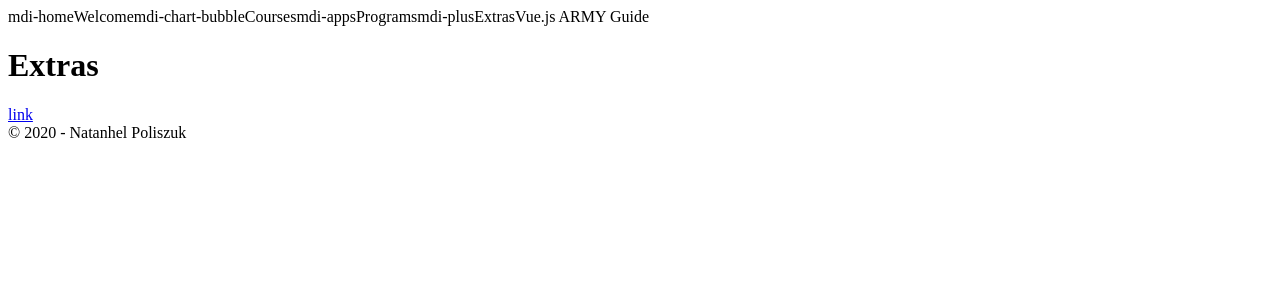
Repository: Natanhel/zvguide
Page: /Extras
An editor plug-in stored every save of this project. The page is shown before and after the next save, followed by the edit.
The browser window is 1280 px wide. The pictures show the whole page.
The project was rebuilt for these pictures with package versions that can differ from the ones it lists, and the page was loaded fresh each time. The framework's server and built-in components were replaced by stand-ins that run in the browser. Also part of the build but not shown: layouts/error.vue.

Above is the page before, as saved 2020-03-21 11:55:06.

### layouts/default.vue
<template>
  <v-app dark>
    <v-navigation-drawer
      v-model="drawer"
      :mini-variant="miniVariant"
      :clipped="clipped"
      fixed
      app
    >
      <v-list>
        <v-list-item
          v-for="(item, i) in items"
          :key="i"
          :to="item.to"
          router
          exact
        >
          <v-list-item-action>
            <v-icon>{{ item.icon }}</v-icon>
          </v-list-item-action>
          <v-list-item-content>
            <v-list-item-title v-text="item.title" />
          </v-list-item-content>
        </v-list-item>
      </v-list>
    </v-navigation-drawer>
    <v-app-bar
      :clipped-left="clipped"
      fixed
      app
    >
      <v-app-bar-nav-icon @click.stop="drawer = !drawer" />
      <!-- <v-btn
        icon
        @click.stop="miniVariant = !miniVariant"
      >
        <v-icon>mdi-{{ `chevron-${miniVariant ? 'right' : 'left'}` }}</v-icon>
      </v-btn>
      <v-btn
        icon
        @click.stop="clipped = !clipped"
      >
        <v-icon>mdi-application</v-icon>
      </v-btn>
      <v-btn
        icon
        @click.stop="fixed = !fixed"
      >
        <v-icon>mdi-minus</v-icon>
      </v-btn> -->
      <v-toolbar-title v-text="title" />
      <v-spacer />
      <!-- <v-btn
        icon
        @click.stop="rightDrawer = !rightDrawer"
      >
        <v-icon>mdi-menu</v-icon>
      </v-btn> -->
    </v-app-bar>
    <v-content>
      <v-container>
        <nuxt />
      </v-container>
    </v-content>
    <!-- <v-navigation-drawer
      v-model="rightDrawer"
      :right="right"
      temporary
      fixed
    >
      <v-list>
        <v-list-item @click.native="right = !right">
          <v-list-item-action>
            <v-icon light>
              mdi-repeat
            </v-icon>
          </v-list-item-action>
          <v-list-item-title>Switch drawer (click me)</v-list-item-title>
        </v-list-item>
      </v-list>
    </v-navigation-drawer> -->
    <v-footer
      :fixed="fixed"
      app
    >
      <span>&copy; {{ new Date().getFullYear() }} - Natanhel Poliszuk</span>
    </v-footer>
  </v-app>
</template>

<script>
export default {
  name: 'Default',
  data () {
    return {
      clipped: false,
      drawer: false,
      fixed: false,
      items: [
        {
          icon: 'mdi-home',
          title: 'Welcome',
          to: '/'
        },
        {
          icon: 'mdi-chart-bubble',
          title: 'Courses',
          to: '/courses'
        },
        {
          icon: 'mdi-apps',
          title: 'Programs',
          to: '/programs'
        },
        {
          icon: 'mdi-plus',
          title: 'Extras',
          to: '/extras'
        }
      ],
      miniVariant: false,
      right: false,
      rightDrawer: false,
      title: 'Vue.js ARMY Guide'
    }
  }
}
</script>

### pages/Extras.vue
<template>
  <div>
    <h1>Extras</h1>
    <v-card>
      <a v-for="link in links" :key="link" :href="link">link</a>
    </v-card>
  </div>
</template>

<script>
export default {
  data () {
    return {
      links: ['https://www.vuemastery.com/pdf/Vue-Essentials-Cheat-Sheet.pdf']
    }
  }
}
</script>

After the next save:
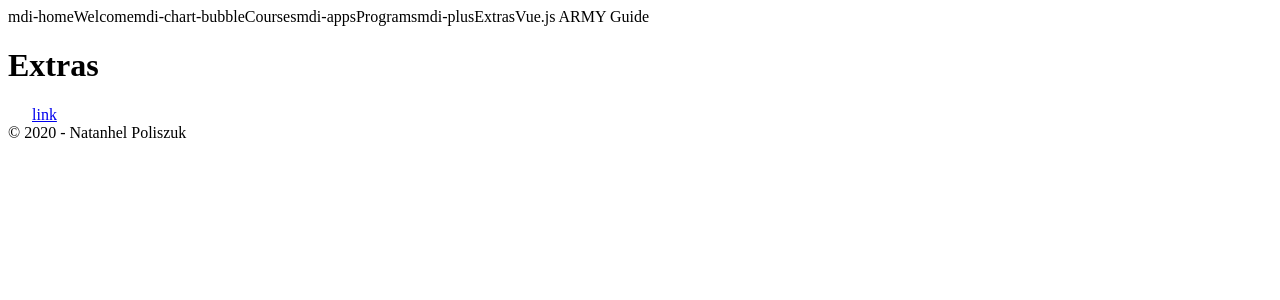
Saved 71 s later.
--- a/pages/Extras.vue
+++ b/pages/Extras.vue
@@ -1,7 +1,7 @@
 <template>
   <div>
     <h1>Extras</h1>
-    <v-card>
+    <v-card class="link-card">
       <a v-for="link in links" :key="link" :href="link">link</a>
     </v-card>
   </div>
@@ -16,3 +16,10 @@
   }
 }
 </script>
+
+<style>
+.link-card{
+    padding: 1em;
+    margin: 0.5em;
+}
+</style>

After the 2 saves that followed:
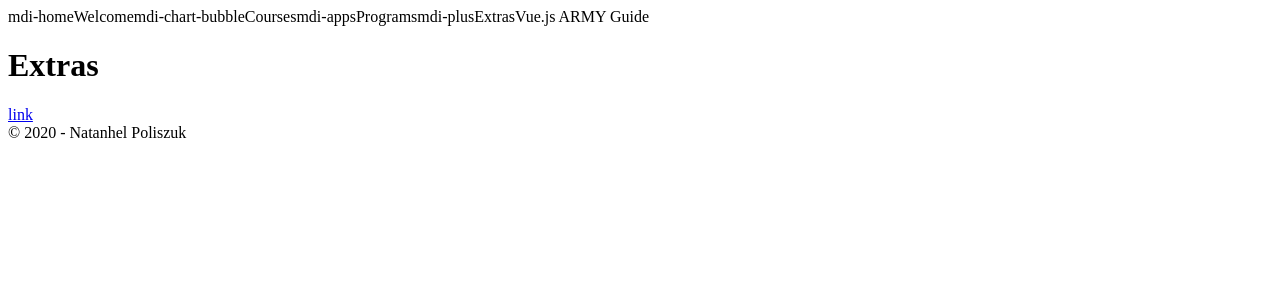
The 2 saves are shown as one change because 1 left the picture as it was.
The last was saved 20 s later.
--- a/pages/Extras.vue
+++ b/pages/Extras.vue
@@ -1,7 +1,7 @@
 <template>
   <div>
     <h1>Extras</h1>
-    <v-card class="link-card">
+    <v-card class="linkCard">
       <a v-for="link in links" :key="link" :href="link">link</a>
     </v-card>
   </div>
